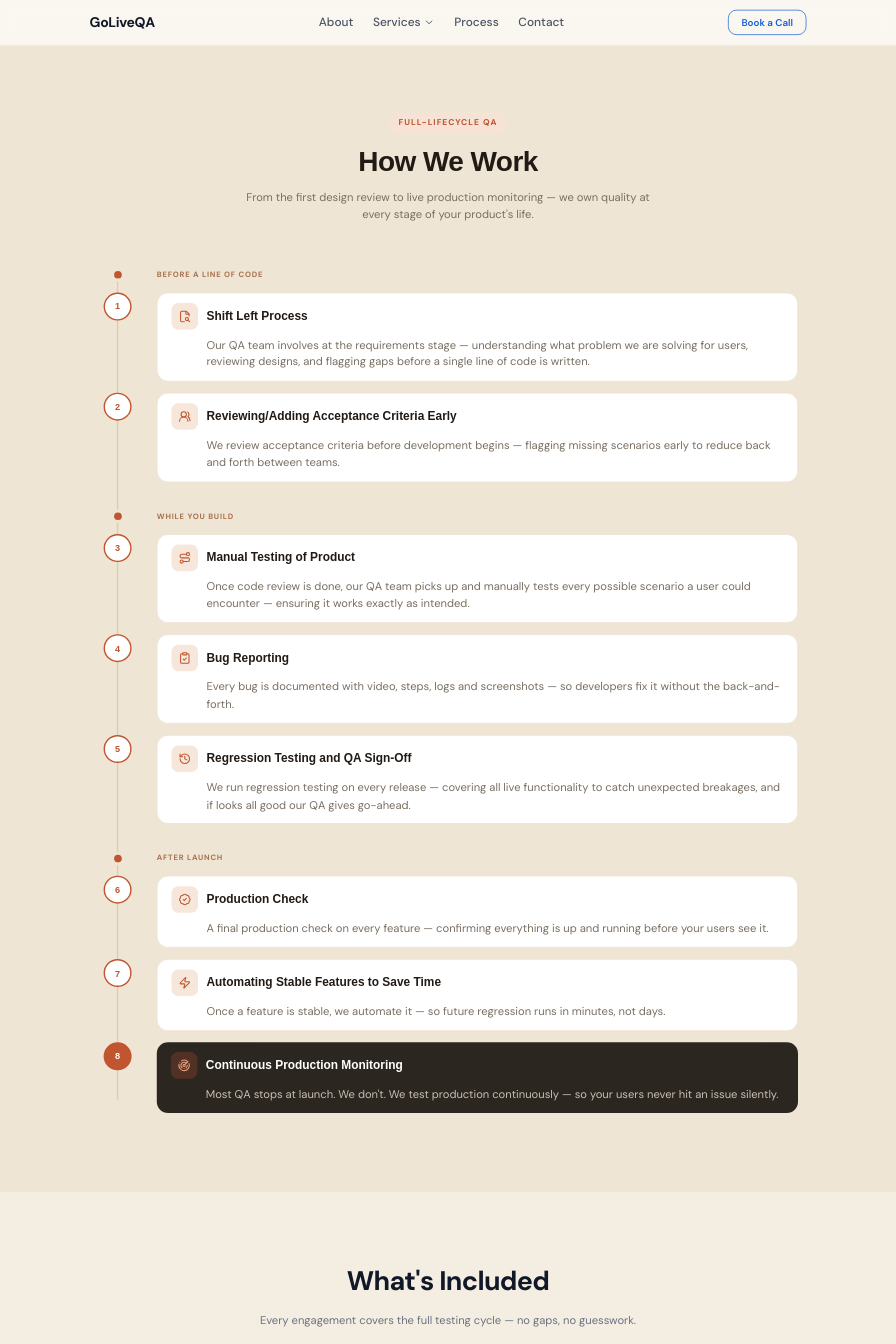
Repository: Monika281992/GoLiveQA
Page: /manual-testing
The author's editor kept a copy of each file at every save. The page is drawn from the files as they stood at one save, then again after the next save.
The browser window is 1280 px wide. The pictures show the part of the page from y = 0 to 1920 px (the page is 2805 px tall), at 70% of full size.
The project was rebuilt for these pictures with package versions that can differ from the ones it lists, and the page was loaded fresh each time. The framework's server and built-in components were replaced by stand-ins that run in the browser. Also part of the build but not shown: next.config.mjs.

Above is the page before, as saved 2026-06-27 21:41:17.

After the next save:
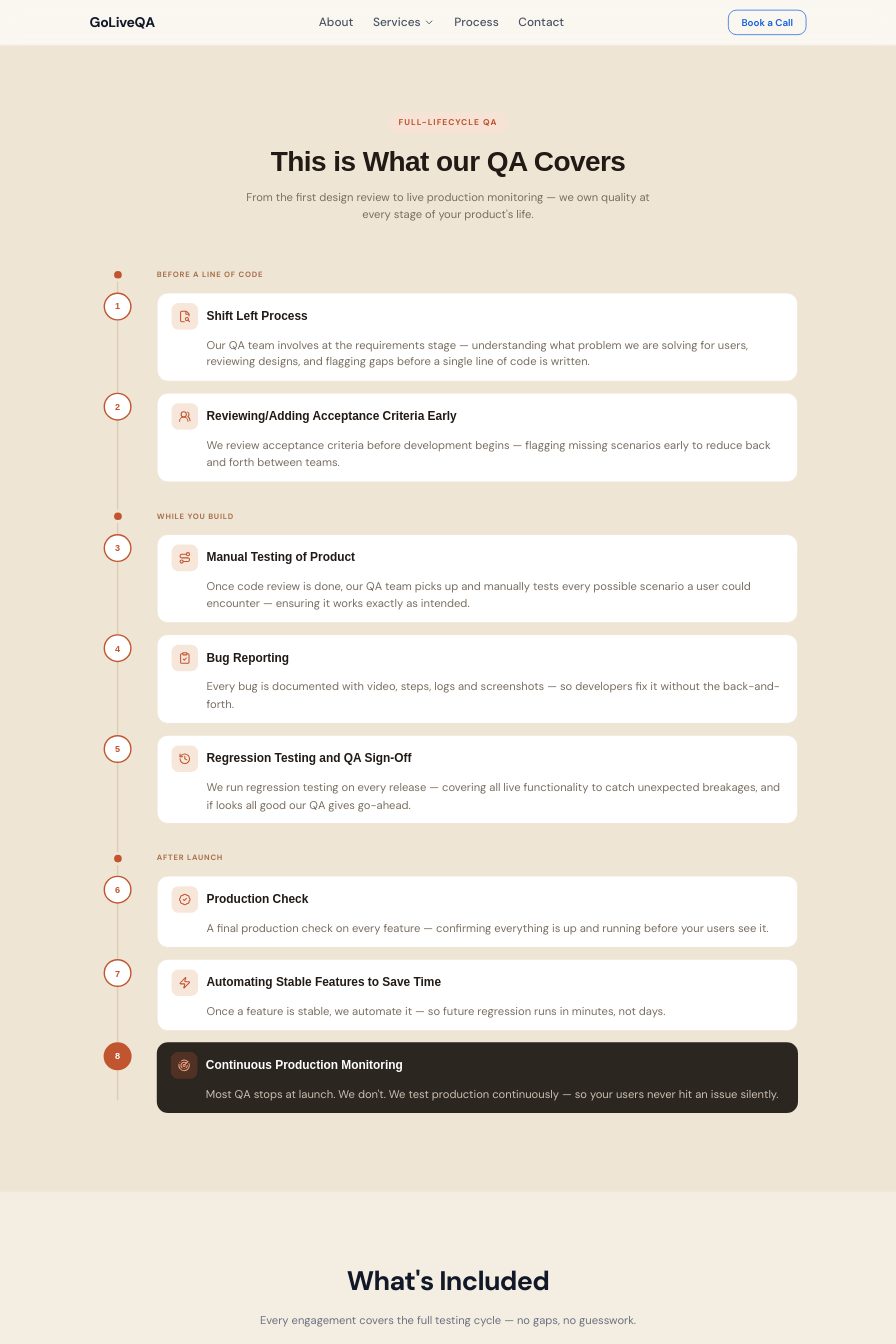
Saved 3 min 5 s later.
--- a/components/ProblemsWeSolve.jsx
+++ b/components/ProblemsWeSolve.jsx
@@ -126,7 +126,7 @@ export function ProblemsWeSolve() {
             lineHeight: 1.15,
             letterSpacing: "-0.02em",
           }}>
-            How We Work
+            This is What our QA Covers
           </h2>
           <p style={{ fontSize: 16, color: TEXT_BODY, lineHeight: 1.6, margin: 0 }}>
             From the first design review to live production monitoring — we own quality at every stage of your product&apos;s life.
